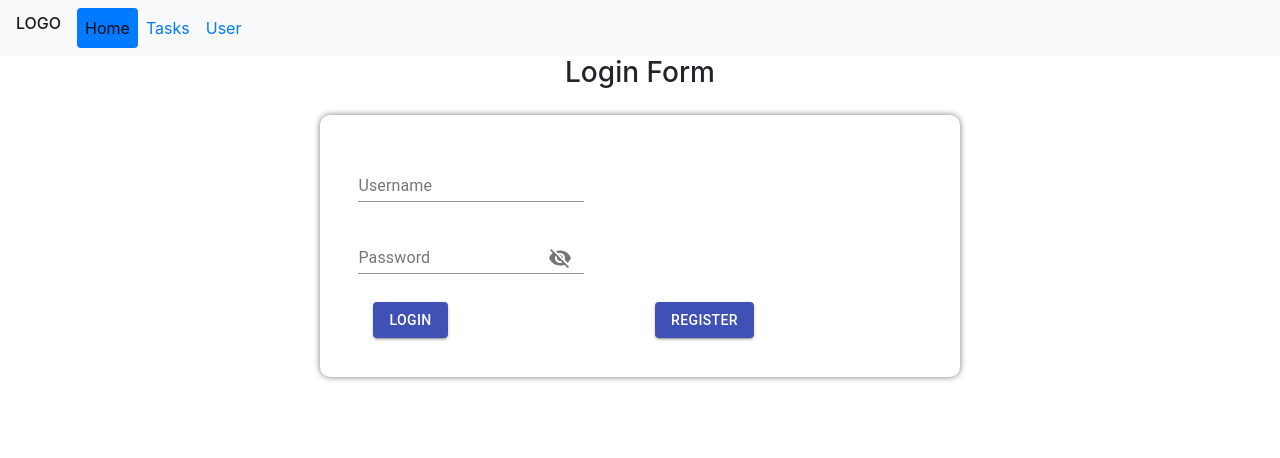
Repository: lalji-yadav/Nimapinfotech-demo-project
Page: /login
These files come from the project's save history. The page is drawn as it stood at one moment and after the next save; the edit follows.
The browser window is 1280 px wide. The pictures show the whole page.
The project was rebuilt for these pictures with package versions that can differ from the ones it lists, and the page was loaded fresh each time. Also part of the build but not shown: src/components/Home.js, src/components/Tasks.js, src/components/Users.js.

Above is the page before, as saved 2021-01-18 11:59:48.

### src/App.js
// import './App.css';
import Navbar from "./components/Navbars";
import Login from "./components/Login";


function App() {
  return (
    <div>

    {/* <Login /> */}
    <Navbar />
    </div>
  );
}

export default App;

### src/components/Navbars.js
import React from 'react';
import { Navbar,Nav,NavDropdown,Form,FormControl ,Button } from 'react-bootstrap';
import {
  BrowserRouter as Router,
  Switch,
  Route,
  Link
} from "react-router-dom";

import Home from "./Home";
import Tasks from "./Tasks";
import User from "./Users";
import Login from "./Login";


const Navbars=()=> {
        return (
            <div>

              <Router>
                  <Navbar bg="light" expand="lg">
                      <Navbar.Brand> <h6>LOGO</h6></Navbar.Brand>
                      <Navbar.Toggle aria-controls="basic-navbar-nav" />
                      <Navbar.Collapse id="basic-navbar-nav">
                      <Nav variant="pills" defaultActiveKey="/">
                        <Nav.Item>
                          <Nav.Link href="/">Home </Nav.Link>
                        </Nav.Item>
                        <Nav.Item>
                          <Nav.Link eventKey="link-1"> <Link to="/tasks"> Tasks </Link> </Nav.Link>
                        </Nav.Item>
                        <Nav.Item>
                          <Nav.Link eventKey="link-2">
                          <Link to="/user"> User </Link>
                          </Nav.Link>
                        </Nav.Item>
                      </Nav>
                      </Navbar.Collapse>
                    </Navbar>


                    <Switch>
                      <Route exact path="/" component={Home} />

                      <Route exact path="/user" component={User} />

                      <Route exact path="/tasks" component={Tasks} />

                      <Route exact path="/login" component={Login} />

                    </Switch>
             </Router>

            </div>
        );
    }

export default Navbars;

### src/components/Login.js
import React from 'react';
import {IconButton, TextField,Input,InputLabel,FormControl,InputAdornment,Card,
Button} from '@material-ui/core';
import VisibilityIcon from '@material-ui/icons/Visibility';
import VisibilityOffIcon from '@material-ui/icons/VisibilityOff';
import axios from "axios";
import { useHistory } from "react-router-dom";
import { useFormik } from 'formik';


const validate = values => {
  const errors = {};
  if (!values.username) {
    errors.username = 'Required';
  } else if (values.username.length < 3) {
    errors.username = 'Must be 3 characters or greater';
  }

  if (!values.password) {
    errors.password = 'Required';
  } else if (values.password.length < 6) {
    errors.password = 'Must be 6 characters or greater';
  }

  return errors;
};

 const Login=()=> {

  const [values, setValues] = React.useState({
    username:'',
    password: '',
    showPassword: false,
  });

  let history = useHistory();

  const handleChange = (prop) => (event) => {
    setValues({ ...values, [prop]: event.target.value });
  };

  const handleClickShowPassword = () => {
    setValues({ ...values, showPassword: !values.showPassword });
  };

  const handleMouseDownPassword = (event) => {
    event.preventDefault();
  };

  const formik = useFormik({
    initialValues: {
      username: '',
      password: ''
    },
    validate,
  });

 const formSubmit=()=> {
        axios.post('https://reqres.in/api/login',
        { username: formik.values.username, password: formik.values.password }).then(response => {
        console.log(response);
      alert("Login Successfullly");
      history.push('/')
      }).catch(error => {
          console.log(error);
          alert("Please enter correct email and password")
      });
    //alert(`${values.Username}`)
  }

  return (
    <div>

      <h3 style={{textAlign:'center'}}> Login Form  </h3>
      <div className="effect1" style={{width:"50%", margin:"2% 25% 0% 25%", padding:"3%"}}>

         <TextField id="username"
           // onChange={handleChange('username')}
           // value={values.username}
            style={{width:"40%"}}
            label="Username"
            color="primary"

            name="username"
            type="text"
            onChange={formik.handleChange('username')}
            onBlur={formik.handleBlur}
            value={formik.values.username}
             /> <br /> <br />

            <span style={{color:"red"}}>
             {formik.touched.username && formik.errors.username ? (
             <div>{formik.errors.username}</div>
             ) : null}
            </span>

           <FormControl style={{width:"40%"}}>
           <InputLabel htmlFor="password">Password</InputLabel>
           <Input
            id="password"
            type={values.showPassword ? 'text' : 'password'}
           // value={values.password}
           // onChange={handleChange('password')}

            name="password"
            onChange={formik.handleChange('password')}
            onBlur={formik.handleBlur}
            value={formik.values.password}
            endAdornment={
              <InputAdornment position="end">
                <IconButton
                  aria-label="toggle password visibility"
                  onClick={handleClickShowPassword}
                  onMouseDown={handleMouseDownPassword}
                >
                  {values.showPassword ? <VisibilityIcon /> : <VisibilityOffIcon />}
                </IconButton>
              </InputAdornment>
            }
          />
        </FormControl>

        <span style={{color:"red"}}>
        {formik.touched.password && formik.errors.password ? (
         <div>{formik.errors.password}</div>
        ) : null}
        </span>

        <div className="row" style={{margin:"5% 0% 0% 0%"}}>
          <div className="col-sm-6">
            <Button onClick={formSubmit} variant="contained" color="primary"> Login </Button>
          </div>
          <div className="col-sm-6">
          <Button variant="contained" color="primary"> Register </Button>
          </div>

        </div>
      </div>
    </div>
  );
}

export default Login;

### src/App.css
.scroll-tab {
    height: 55vh;
    margin: 3% 3% 5% 3%;
    overflow-y: scroll;
    border: "1px solid red";
}
::-webkit-scrollbar{
    width: 12px;
    height: 12px;
}
::-webkit-scrollbar-track {
    box-shadow: inset 0 0 10px #4A4A4A;
    border-radius: 10px;
    }

    ::-webkit-scrollbar-thumb {
    border-radius: 10px;
    background: #4A4A4A;
}

.effect1{
        box-shadow: 0px 0px 6px #777;
        border-radius: 10px;
}

Loaded but not shown: public/index.html (common file); src/index.js (common file); src/index.css (common file); src/reportWebVitals.js (common file)

After the next save:
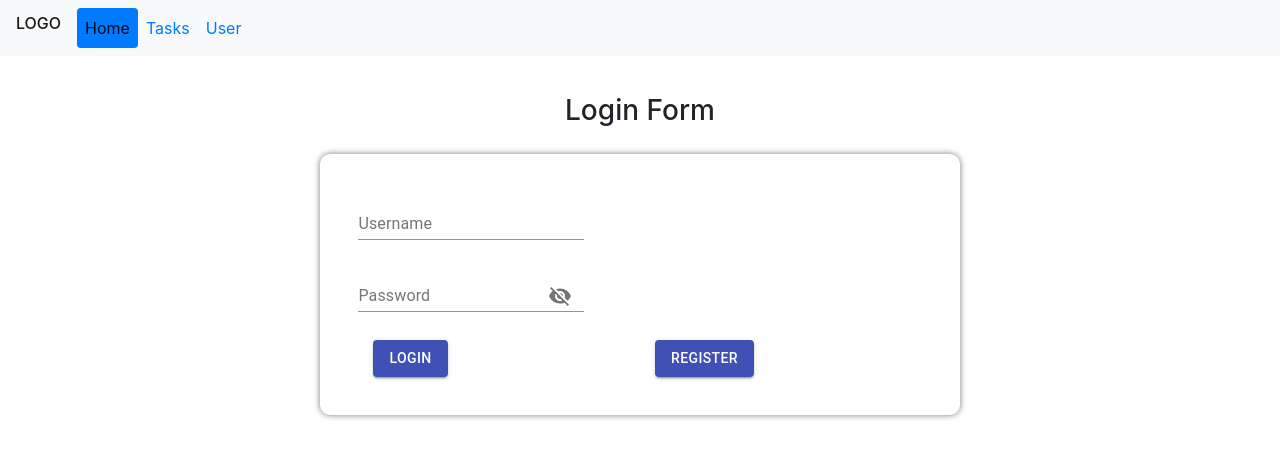
Saved 29 s later.
--- a/src/components/Login.js
+++ b/src/components/Login.js
@@ -71,7 +71,7 @@ const validate = values => {
   return (
     <div>
 
-      <h3 style={{textAlign:'center'}}> Login Form  </h3>
+      <h3 style={{textAlign:'center', paddingTop:'3%'}}> Login Form  </h3>
       <div className="effect1" style={{width:"50%", margin:"2% 25% 0% 25%", padding:"3%"}}>
 
          <TextField id="username"
